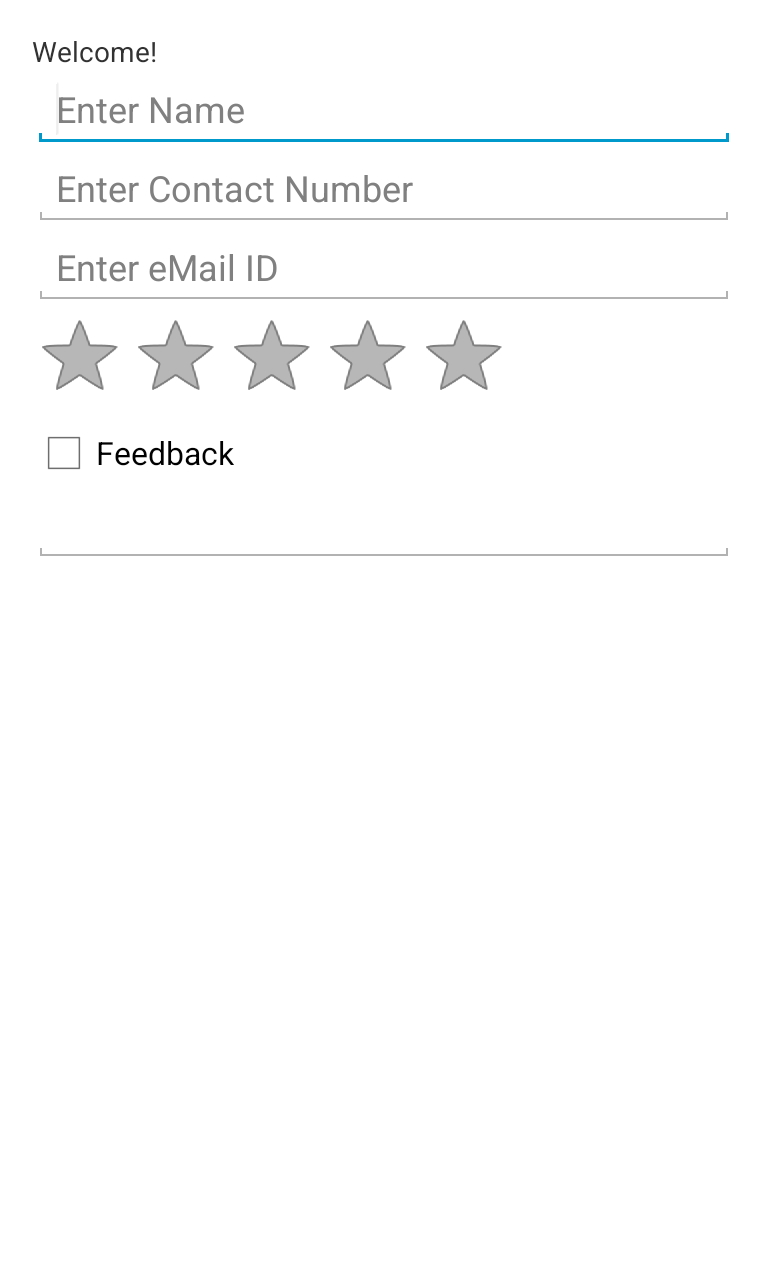
Repository: 12030121070/FeedbackForms
Layout: MT/res/layout/activity_form.xml
The author's editor kept a copy of each file at every save. The layout is drawn from the files as they stood at one save, then again after the next save.
It is drawn on a 768 x 1280 px phone screen (xhdpi) without system bars, with theme AppTheme; the app's code is not run.

Above is the layout before, as saved 2015-01-28 03:45:30.

After the next save:
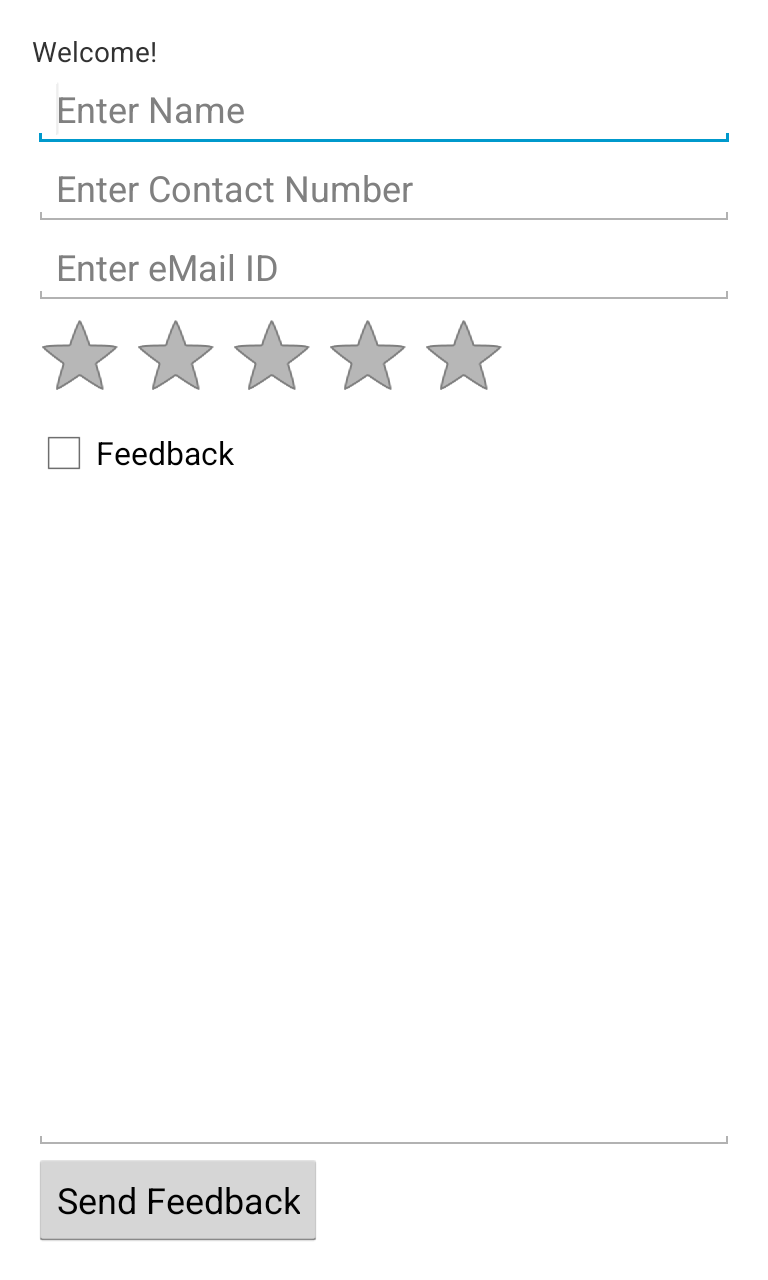
Saved 34 s later.
--- a/MT/res/layout/activity_form.xml
+++ b/MT/res/layout/activity_form.xml
@@ -21,6 +21,7 @@
         android:ems="10"
         android:hint="Enter Name"
         android:inputType="textPersonName" >
+
         <requestFocus />
     </EditText>
 
@@ -55,8 +56,14 @@
         android:id="@+id/feedback1"
         android:layout_width="match_parent"
         android:layout_height="wrap_content"
-        android:layout_weight="0.00"
+        android:layout_weight="0.67"
         android:ems="10"
         android:inputType="textMultiLine" />
 
+    <Button
+        android:id="@+id/button1"
+        android:layout_width="wrap_content"
+        android:layout_height="wrap_content"
+        android:text="Send Feedback" />
+
 </LinearLayout>
